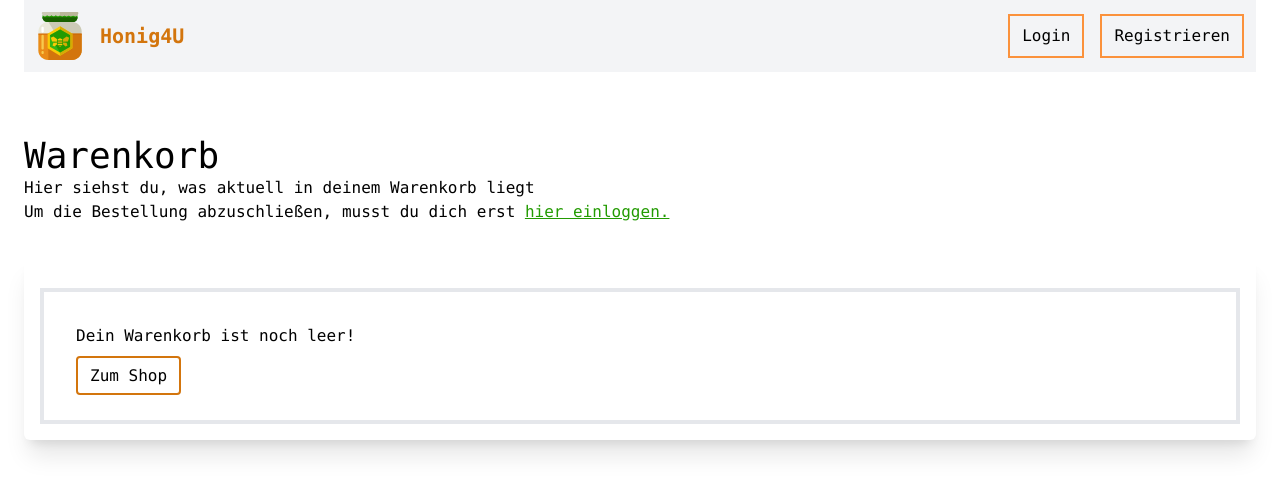
Repository: cainytheslave/PHPHonigShop
Page: http://localhost/warenkorb.php
The author's editor kept a copy of each file at every save. The page is drawn from the files as they stood at one save, then again after the next save.
The browser window is 1280 px wide. The pictures show the whole page.
The page is run by PHP 8.4 with error messages shown; the project is at /var/www/html/. Style sheets and scripts are compiled from the project's sources, by tool versions that may differ from the author's.

Above is the page before, as saved 2022-03-11 02:00:18.

### warenkorb.php
<?php

session_start();

$produkte = require('core/produkte.php');
$einstellungen = require('core/einstellungen.php');

if (!isset($_SESSION['warenkorb'])) {
    $_SESSION['warenkorb'] = [];
}

if (isset($_POST['clear'])) {
    $_SESSION['warenkorb'] = [];
}

foreach ($produkte as $id => $produkt) {
    if (isset($_POST[$id])) {
        switch ($_POST[$id]) {
            case 'Entfernen':
                unset($_SESSION['warenkorb'][$id]);
                break;
            case 'Ändern':
                if (isset($_POST['count'])) {
                    $anzahl = intval($_POST['count']);
                    if ($anzahl <= 0) {
                        unset($_SESSION['warenkorb'][$id]);
                    } else {
                        $_SESSION['warenkorb'][$id] = $anzahl;
                    }
                } else {
                    $errors = ['Keine Anzahl definiert.'];
                    break;
                }
        }

        header('Location: warenkorb.php');
    }
}

?>

<!DOCTYPE html>
<html lang="en">

<head>
    <meta charset="UTF-8">
    <meta http-equiv="X-UA-Compatible" content="IE=edge">
    <meta name="viewport" content="width=device-width, initial-scale=1.0">
    <title><?= $einstellungen['firma'] ?> Warenkorb</title>

    <?php include('includes/head.inc.php') ?>
</head>

<body class="px-6 font-mono">

    <?php include('includes/header.inc.php') ?>

    <main class="flex flex-col gap-8 py-16 mx-auto max-w-7xl">
        <?php if (isset($errors) && count($errors) > 0) : ?>
            <section class="w-full p-4 mx-auto bg-red-300 border-2 border-red-500 rounded-md shadow-xl">
                <?php foreach ($errors as $error) : ?>
                    <p class="text-lg font-semibold">Error: <?= $error ?></p>
                <?php endforeach; ?>
            </section>
        <?php endif; ?>

        <section>
            <h1 class="text-4xl">Warenkorb</h1>
            <p>Hier siehst du, was aktuell in deinem Warenkorb liegt</p>
            <?php if (!isset($_SESSION['user'])) echo '<p>Um die Bestellung abzuschließen, musst du dich erst <a class="underline text-honeygreen" href="login.php">hier einloggen.</a></p>'; ?>

        </section>

        <section class="w-full p-4 mx-auto bg-white rounded-md shadow-xl">
            <div class="flex flex-col px-8 py-8 mt-4 border-4">
                <?php if (empty($_SESSION['warenkorb'])) : ?>
                    <span class="">
                        <p class="mb-4">Dein Warenkorb ist noch leer!</p>
                        <a href="shop.php" class="px-3 py-2 border-2 rounded border-honey">Zum Shop</a>
                    </span>
                <?php else : ?>
                    <?php foreach ($_SESSION['warenkorb'] as $sorte => $anzahl) : ?>
                        <div class="flex items-center gap-3 px-3 py-3 my-3 bg-gray-200">
                            <img src="images/<?= $sorte ?>.png" class="w-24 h-24" alt="">
                            <div class="w-full">
                                <h2 class="mb-3 text-xl"><?= $produkte[$sorte]['name'] ?></h2>
                                <span class="flex flex-col items-center justify-between w-full gap-3 sm:flex-row">
                                    <form action="" method="POST">
                                        Menge: <input type="number" class="px-3 py-2 border-2 border-green-500" name="count" value="<?= $anzahl ?>">
                                        <input type="submit" class="px-3 py-2 border-2 border-green-500" name="<?= $sorte ?>" value="Ändern">
                                    </form>
                                    <form action="" method="POST">
                                        <input type="submit" class="px-3 py-2 border-2 border-red-500" name="<?= $sorte ?>" value="Entfernen">
                                    </form>
                                    <div class="flex items-center justify-end grow">
                                        <p class="px-3 py-2 text-xl bg-white">CHF <?= sprintf('%.2f', $produkte[$sorte]['preis'] * $anzahl) ?></p>
                                    </div>
                                </span>
                            </div>
                        </div>
                    <?php endforeach; ?>
                    <div class="flex flex-col items-center gap-3 px-3 py-3 my-3 bg-gray-200">
                        <div class="flex flex-col items-stretch w-full gap-2 mb-3">
                            <div class="border-t-2 border-black"></div>
                            <div class="border-t-2 border-black"></div>
                        </div>
                        <div class="flex items-center justify-between w-full">
                            <div class="flex gap-4">
                                <form action="" method="POST">
                                    <?= Komponente::button('Warenkorb löschen', 'clear') ?>
                                </form>
                                <?= Komponente::link('Bestellen', 'abschluss.php') ?>
                            </div>
                            <div class="flex items-center justify-end grow">
                                <?php
                                $gesamt = 0;
                                foreach ($_SESSION['warenkorb'] as $sorte => $anzahl) {
                                    $gesamt += $produkte[$sorte]['preis'] * $anzahl;
                                }
                                ?>
                                <span class="flex items-center gap-2">
                                    <p class="text-xl">Gesamt:</p>
                                    <p class="px-3 py-2 text-xl bg-white">CHF <?= sprintf('%.2f', $gesamt) ?></p>
                                </span>

                            </div>
                        </div>
                    </div>
                <?php endif; ?>
            </div>
        </section>
    </main>
</body>

</html>

### core/produkte.php
<?php

return [
    'akazie' => [
        'name' => 'Akazienhonig',
        'beschreibung' => 'Leckerer Akazienhonig, direkt abgezapft vom Akazienbaum deines Vertrauens.',
        'preis' => 8.5
    ],
    'heide' => [
        'name' => 'Heidehonig',
        'beschreibung' => 'Leckerer Heidehonig, ist seinen Preis wert denn es war eine Heidenarbeit!',
        'preis' => 12.5
    ],
    'klee' => [
        'name' => 'Kleehonig',
        'beschreibung' => 'Vierblättriger Kleehonig. Der sortenreine Blütenhonig mit einem milden Aroma.',
        'preis' => 6.5,
    ],
    'tannen' => [
        'name' => 'Tannenhonig',
        'beschreibung' => 'Leckerer Tannenhonig. Mit seinen würzig-kräftigen Aromen ein Genuss für jeden Feinschmecker.',
        'preis' => 10
    ]
];

### core/einstellungen.php
<?php

return [
    'firma' => 'Honig4U'
];

### includes/head.inc.php
<!-- Styling -->
<link rel="stylesheet" href="style.css">

<!-- AlpineJS (Javascript Framework für Mobiles Menu https://alpinejs.dev) -->
<script defer src="https://unpkg.com/alpinejs@3.x.x/dist/cdn.min.js"></script>

### includes/header.inc.php
<?php

require('core/Komponente.php');
$einstellungen = require('core/einstellungen.php');

?>

<!-- Header -->
<header class="w-full bg-gray-100" x-data="{open: false}">
    <!-- Desktop -->
    <div class="flex items-center justify-between px-3 py-3 mx-auto max-w-7xl">

        <!-- Logo -->
        <div class="flex items-center gap-4">
            <img src="images/logo.svg" class="w-12 h-12" alt="Logo">
            <p class="text-xl font-semibold text-honey"><?= $einstellungen['firma'] ?></p>
        </div>

        <!-- Navigation-->
        <div>

        </div>

        <!-- Warenkorb / Login -->
        <div class="flex items-center gap-4">
            <?php if (isset($_SESSION['user'])) : ?>

                <?= Komponente::link('<img src="images/basket.svg" class="w-10 h-10" alt="">', 'warenkorb.php') ?>

                <?= Komponente::link('<img src="images/logout.svg" class="w-10 h-10" alt="">', 'logout.php?to=login.php') ?>
            <?php else : ?>
                <?= Komponente::link('Login', 'login.php') ?>
                <?= Komponente::link('Registrieren', 'registrierung.php') ?>
            <?php endif; ?>
        </div>

        <!-- Mobile Trigger -->
        <img @click="open = !open" src="images/menu.svg" class="block w-10 h-10 sm:hidden" alt="">
    </div>

    <!-- Mobile Menu -->
    <div class="flex flex-col gap-2 px-2 border-t-2 sm:hidden" x-show="open" style="display:none">
        <!-- Navigation-->
        <ul class="items-center hidden gap-16 sm:flex">
            <li class="text-lg border-b-2 border-honeygreen">
                <a href="index.php" class="text-honey">Home</a>
            </li>
            <li class="text-lg border-b-2 border-honeygreen">
                <a href="shop.php" class="text-honey">Shop</a>
            </li>
        </ul>
    </div>
</header>

### core/Komponente.php
<?php

class Komponente
{

    static function link($text = "", $href = "", $border = "orange")
    {
        $classes = "text-center px-3 py-2 border-2 hover:bg-gray-200 active:scale-95 hover:scale-105 border-$border-400";
        return "<a href='$href' class='$classes'>$text</a>";
    }

    static function button($text = "", $name = "", $border = "orange")
    {
        $classes = "text-center cursor-pointer px-3 py-2 border-2 hover:bg-gray-200 active:scale-95 hover:scale-105 border-$border-400";
        return "<input type='submit' name='$name' class='$classes' value='$text' />";
    }

    static function input($type = "text", $placeholder = '', $name = '', $required = 'true')
    {
        $classes = "grow text-left px-3 py-2 border-2 active:scale-95 border-orange-400";
        return "<input type='$type' name='$name' required='$required' class='$classes' placeholder='$placeholder' />";
    }

    static function alert($error = true, $data)
    {
        if (count($data) <= 0) return '';

        $str = '<section class="w-full p-4 mx-auto mt-4 bg-green-300 border-2 border-green-500 shadow-xl">';
        if ($error) $str = '<section class="w-full p-4 mx-auto mt-4 bg-red-300 border-2 border-red-500 shadow-xl">';

        foreach ($data as $entry) {
            $str .= '<p class="text-lg font-semibold">' . $entry . '</p>';
        }

        $str .= '</section>';

        return $str;
    }
}

### tailwind.config.js
module.exports = {
    content: [
        "./*.{html,js,php}",
        "./core/*.php",
        "./includes/*.php"
    ],
    theme: {
        extend: {
            colors: {
                honey: '#d3750d',
                honeylight: '#d3ab05',
                honeygreen: '#239b02'
            }
        },
    },
    safelist: [{
            pattern: /border-(orange|green|red)-400/,
        },
        {
            pattern: /border-(green|red)-500/
        },
        {
            pattern: /bg-(green|red)-300/
        },
        {
            pattern: /cursor-pointer/
        }

    ],
    plugins: [],
}

### images/logo.svg
<?xml version="1.0" encoding="iso-8859-1"?>
<!-- Generator: Adobe Illustrator 19.0.0, SVG Export Plug-In . SVG Version: 6.00 Build 0)  -->
<svg version="1.1" id="Layer_1" xmlns="http://www.w3.org/2000/svg" xmlns:xlink="http://www.w3.org/1999/xlink" x="0px" y="0px"
	 viewBox="0 0 496.8 496.8" style="enable-background:new 0 0 496.8 496.8;" xml:space="preserve">
<path style="fill:#EAE9DA;" d="M472.4,403.2c0,56-46.4,92.8-102.4,92.8H128.4c-56,0-104-44.8-104-92.8V204.8
	C24.4,149.6,70,104,125.2,104h245.6c56,0,100.8,45.6,100.8,100.8v198.4H472.4z"/>
<path style="fill:#CCCAB6;" d="M128.4,104H370c56,0,102.4,41.6,102.4,97.6v197.6c0,56-46.4,97.6-102.4,97.6"/>
<path style="fill:#EA8B18;" d="M24.4,224v174.4c0,56,46.4,97.6,102.4,97.6H370c56,0,102.4-41.6,102.4-97.6V224H24.4z"/>
<path style="fill:#D3750D;" d="M128.4,496H370c56,0,102.4-41.6,102.4-97.6v-172L126,224.8"/>
<path style="fill:#F7CA4D;" d="M80.4,376.8c0,6.4-5.6,12-12,12l0,0c-6.4,0-12-5.6-12-12V247.2c0-6.4,5.6-12,12-12l0,0
	c6.4,0,12,5.6,12,12V376.8z"/>
<path style="fill:#FFFFFF;" d="M80.4,201.6c0,6.4-5.6,12-12,12l0,0c-6.4,0-12-5.6-12-12v-38.4c0-5.6,5.6-11.2,12-11.2l0,0
	c6.4,0,12,5.6,12,12V201.6z"/>
<path style="fill:#F7CA4D;" d="M80.4,423.2c0,6.4-5.6,12-12,12l0,0c-6.4,0-12-5.6-12-12v-8c0-6.4,5.6-12,12-12l0,0
	c6.4,0,12,5.6,12,12V423.2z"/>
<path style="fill:#239B02;" d="M430.8,52c0,26.4-21.6,52-48,52H114c-26.4,0-48-25.6-48-52l0,0c0-26.4,21.6-52,48-52h268
	C409.2,0,430.8,25.6,430.8,52L430.8,52z"/>
<path style="fill:#1A6000;" d="M430.8,53.6L430.8,53.6c0,26.4-21.6,50.4-48,50.4H114c-26.4,0-48-22.4-48-48.8l0,0"/>
<path style="fill:#CCCAB6;" d="M437.2,12c0-8-6.4-12-13.6-12H73.2c-8,0-13.6,4-13.6,12c0,4.8,2.4,8,5.6,10.4
	c2.4,13.6,14.4,23.2,28,23.2c8.8,0,16.8-4.8,22.4-11.2c5.6,6.4,12.8,10.4,22.4,10.4c8.8,0,16.8-4,22.4-10.4
	c5.6,6.4,12.8,10.4,22.4,10.4c8.8,0,16.8-4,22.4-10.4c5.6,6.4,12.8,10.4,22.4,10.4s16.8-4,22.4-10.4c5.6,6.4,12.8,10.4,22.4,10.4
	c9.6,0,16.8-4,22.4-10.4c5.6,6.4,12.8,10.4,22.4,10.4c8.8,0,16.8-4,22.4-10.4c5.6,6.4,12.8,10.4,22.4,10.4c8.8,0,16.8-4,22.4-10.4
	c5.6,6.4,12.8,10.4,22.4,10.4c14.4,0,25.6-9.6,28-23.2C434.8,20,437.2,16.8,437.2,12z"/>
<path style="fill:#BAB699;" d="M423.6,0H248.4v35.2c0,0,0-0.8,0.8-0.8c5.6,6.4,12.8,10.4,21.6,10.4c8.8,0,16.8-4,22.4-10.4
	c5.6,6.4,12.8,10.4,22.4,10.4c8.8,0,16.8-4,22.4-10.4c5.6,6.4,12.8,10.4,22.4,10.4c8.8,0,16.8-4,22.4-10.4
	c5.6,6.4,12.8,10.4,22.4,10.4c14.4,0,25.6-10.4,28-24c3.2-2.4,5.6-4.8,5.6-9.6C437.2,4,430.8,0,423.6,0z"/>
<rect x="24.4" y="224" style="fill:#C65E00;" width="448" height="8"/>
<polygon style="fill:#F9CA06;" points="376.4,376 248.4,452 120.4,376 120.4,224 248.4,147.2 376.4,224 "/>
<polyline style="fill:#D3AB05;" points="248.4,147.2 376.4,224 376.4,376 248.4,452 "/>
<polygon style="fill:#34B515;" points="352.4,359.2 248.4,418.4 144.4,359.2 144.4,240.8 248.4,180.8 352.4,240.8 "/>
<polyline style="fill:#239B02;" points="144.4,240.8 249.2,180.8 352.4,240.8 352.4,359.2 248.4,418.4 "/>
<g>
	<polygon style="fill:#F9CA06;" points="224.4,328 224.4,339.2 226,344 270.8,344 272.4,339.2 272.4,328 	"/>
	<polygon style="fill:#F9CA06;" points="272.4,296 272.4,283.2 248.4,272 224.4,283.2 224.4,296 	"/>
</g>
<g>
	<rect x="224.4" y="304" style="fill:#D3AB05;" width="48" height="16"/>
	<polygon style="fill:#D3AB05;" points="236.4,352 248.4,363.2 260.4,352 	"/>
</g>
<g>
	<polygon style="fill:#F9CA06;" points="216.4,280 216.4,308.8 166.8,305.6 153.2,265.6 179.6,253.6 	"/>
	<polygon style="fill:#F9CA06;" points="216.4,336.8 216.4,316 180.4,318.4 170.8,347.2 190,356 	"/>
</g>
<g>
	<polygon style="fill:#D3AB05;" points="280.4,280 280.4,308.8 330,305.6 343.6,265.6 317.2,253.6 	"/>
	<polygon style="fill:#D3AB05;" points="280.4,336.8 280.4,316 316.4,318.4 326,347.2 306.8,356 	"/>
</g>
<g>
</g>
<g>
</g>
<g>
</g>
<g>
</g>
<g>
</g>
<g>
</g>
<g>
</g>
<g>
</g>
<g>
</g>
<g>
</g>
<g>
</g>
<g>
</g>
<g>
</g>
<g>
</g>
<g>
</g>
</svg>

### images/menu.svg
<svg width="512px" height="512px" viewBox="0 0 512 512" xmlns="http://www.w3.org/2000/svg"><path fill="#000" d="M32 96v64h448V96H32zm0 128v64h448v-64H32zm0 128v64h448v-64H32z"/></svg>

Loaded but not shown: tailwind.css (common file)

After the next save:
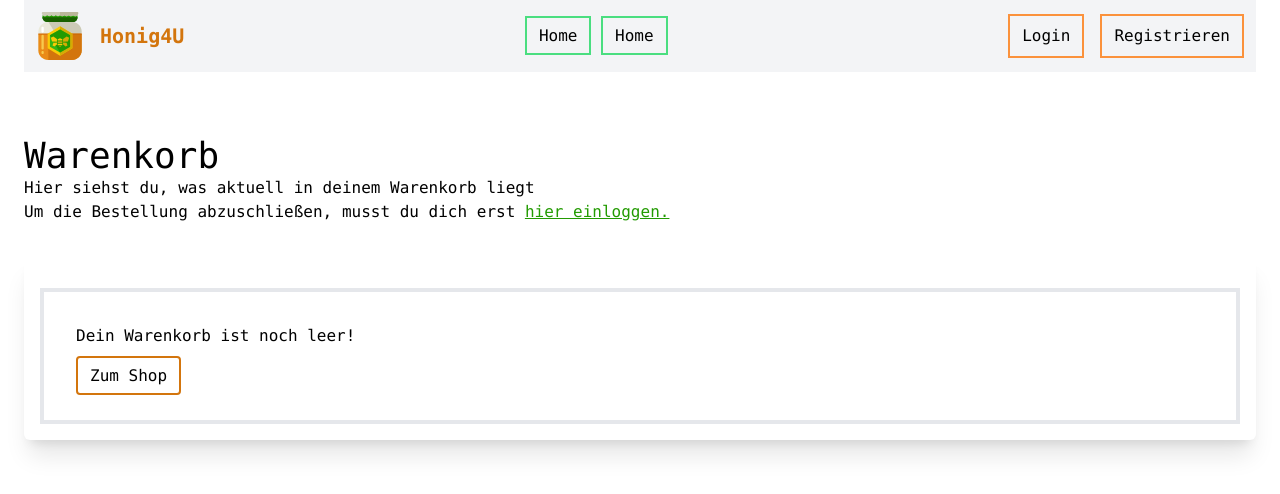
Saved 36 s later.
--- a/includes/header.inc.php
+++ b/includes/header.inc.php
@@ -18,7 +18,8 @@ $einstellungen = require('core/einstellungen.php');
 
         <!-- Navigation-->
         <div>
-
+            <?= Komponente::link('Home', 'index.php', 'green') ?>
+            <?= Komponente::link('Home', 'index.php', 'green') ?>
         </div>
 
         <!-- Warenkorb / Login -->
